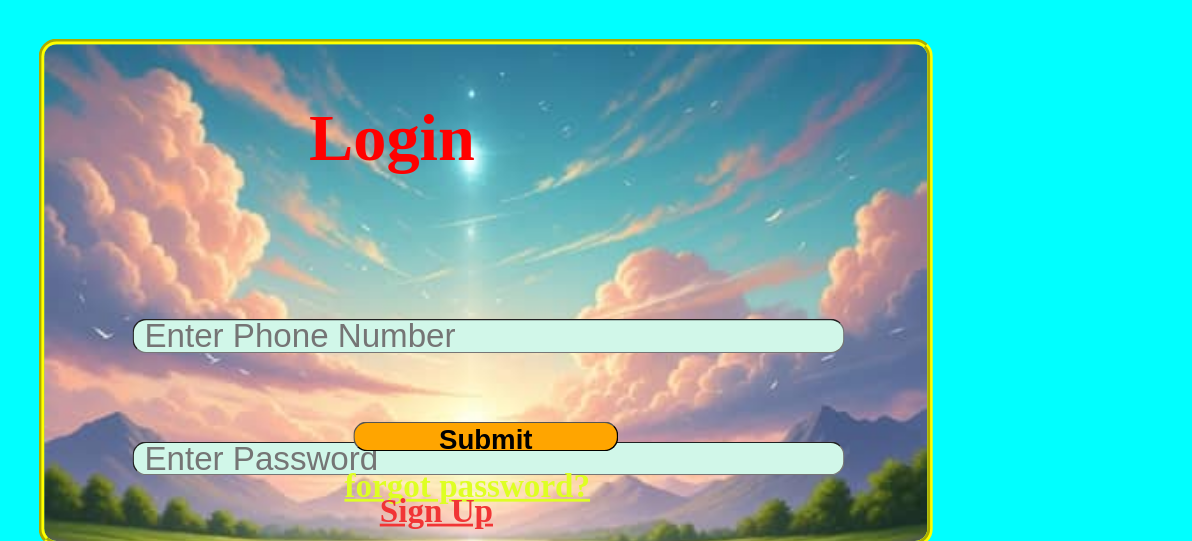
Repository: Amani-Kibet/express-app-web
Page: pages/signup/login.html
The author's editor kept a copy of each file at every save. The page is drawn from the files as they stood at one save, then again after the next save.
The browser window is 1280 px wide. The page is 1728 px wide, so the pictures cover 1728 px, including what lies to the right of the window. The pictures show the whole page, at 69% of full size.

Above is the page before, as saved 2025-09-28 16:08:36.

After the next save:
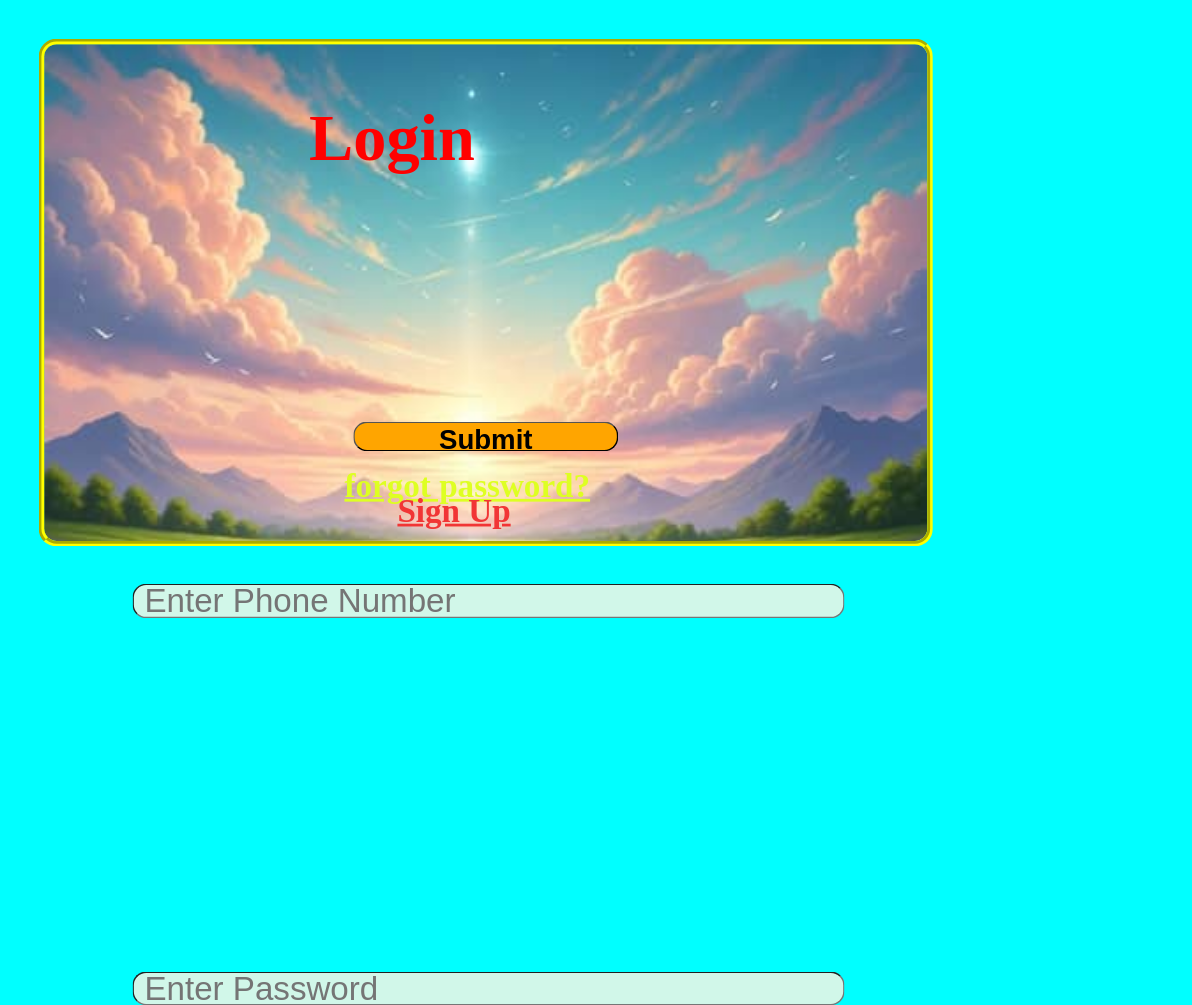
Saved 103 s later.
--- a/pages/signup/login.html
+++ b/pages/signup/login.html
@@ -24,7 +24,7 @@
       height: 6%;
       position: relative;
       left: 10%;
-      margin-top: 10%;
+      margin-top: 40%;
       border-radius: 20px;
       color: blue;
       font-size: 3em;
@@ -54,7 +54,7 @@
   }
   #link2{
     top: 90%;
-    left: 38%;
+    left: 40%;
     color:rgb(241, 53, 53);
   }
   #msg{
